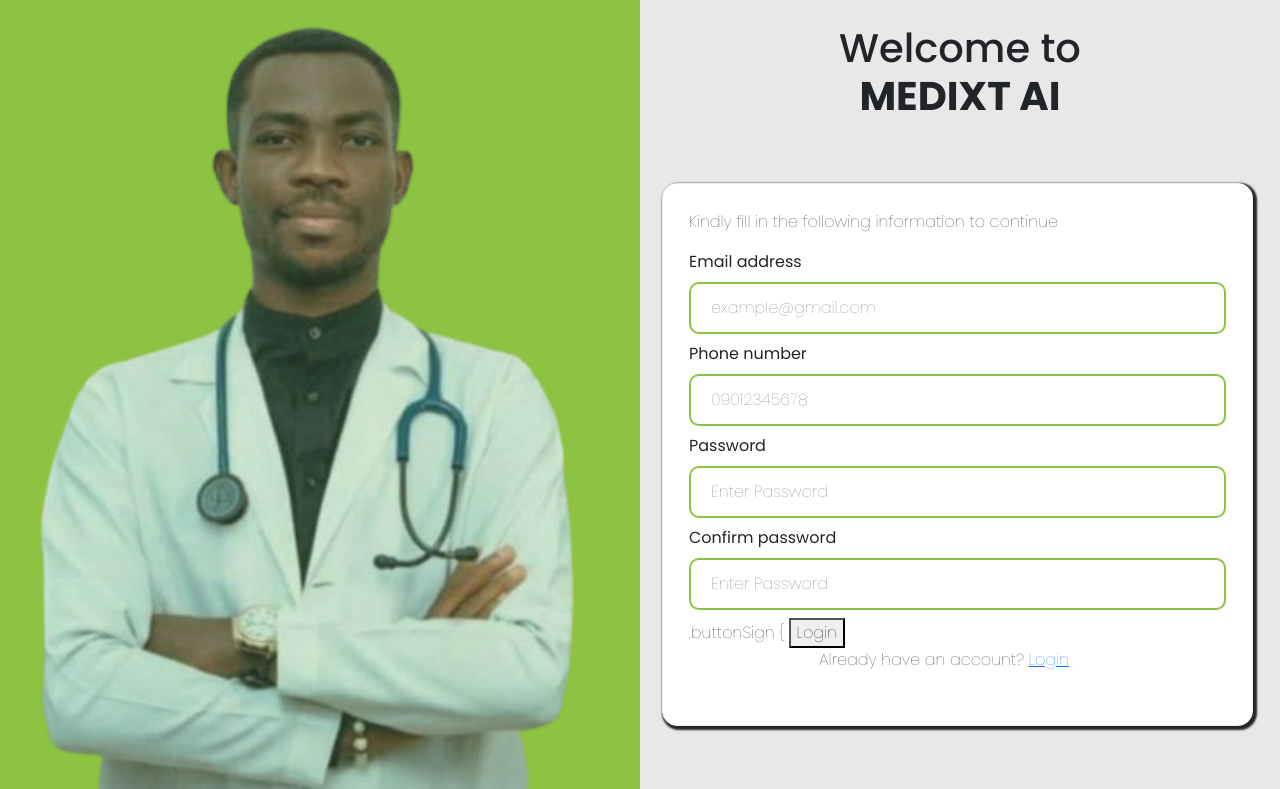
Repository: ChidexStanley/MEDIXT-AI
Page: regiter.html
The author's editor kept a copy of each file at every save. The page is drawn from the files as they stood at one save, then again after the next save.
The browser window is 1280 px wide. The pictures show the whole page.

Above is the page before, as saved 2024-07-15 02:51:41.

### regiter.html
<!DOCTYPE html>
<html lang="en">
  <head>
    <meta charset="utf-8">
    <meta name="viewport" content="width=device-width, initial-scale=1">
    <link href="https://cdn.jsdelivr.net/npm/bootstrap@5.0.2/dist/css/bootstrap.min.css" rel="stylesheet" integrity="sha384-EVSTQN3/azprG1Anm3QDgpJLIm9Nao0Yz1ztcQTwFspd3yD65VohhpuuCOmLASjC" crossorigin="anonymous">
    <link rel="stylesheet" href="assets/css/style.css">

    <link rel="preconnect" href="https://fonts.googleapis.com">
    <link rel="preconnect" href="https://fonts.gstatic.com" crossorigin>
    <link
      href="https://fonts.googleapis.com/css2?family=Poppins:ital,wght@0,100;0,200;0,300;0,400;0,500;0,600;0,700;0,800;0,900;1,100;1,200;1,300;1,400;1,500;1,600;1,700;1,800;1,900&display=swap"
      rel="stylesheet">
    <title>MEDIXT AI</title>
  </head>
  <body>
    <div class="container-fluid">
        <div class="row">
            <div class="col-md-6" style="background-color: #8DC242 ; opacity: 75%;">
                <img class="img1" src="assets/images/doc.png" alt="">
            </div>
            <div class="col-md-6" style="background-color: #E8E8E8;">
                <div>
                    <div class="head">
                        <h1 style="text-align: center;">Welcome to <br> <b>MEDIXT AI</b></h1>
                    </div>
                    <form class="form2">
                        <div class="container">
                            <p>Kindly fill in the following information to continue</p>
                          <label><b>Email address</b></label>
                          <input type="email" placeholder="example@gmail.com"required>

                          <label><b>Phone number</b></label>
                          <input type="number" placeholder="09012345678"required>

                          <label><b>Password</b></label>
                          <input type="password" placeholder="Enter Password" required>

                          <label><b>Confirm password</b></label>
                          <input type="password" placeholder="Enter Password" required>

.buttonSign {
                          <button type="submit" class="">Login</button>
                          <div class="rgt">
                            <span>Already have an account? <a href="#">Login</a></span>
                          </div>
                        </div>
                      </form>
                </div>
            </div>
        </div>
    </div>


    <script src="https://cdn.jsdelivr.net/npm/bootstrap@5.0.2/dist/js/bootstrap.bundle.min.js" integrity="sha384-MrcW6ZMFYlzcLA8Nl+NtUVF0sA7MsXsP1UyJoMp4YLEuNSfAP+JcXn/tWtIaxVXM" crossorigin="anonymous"></script>
    <!--
    <script src="https://cdn.jsdelivr.net/npm/@popperjs/core@2.9.2/dist/umd/popper.min.js" integrity="sha384-IQsoLXl5PILFhosVNubq5LC7Qb9DXgDA9i+tQ8Zj3iwWAwPtgFTxbJ8NT4GN1R8p" crossorigin="anonymous"></script>
    <script src="https://cdn.jsdelivr.net/npm/bootstrap@5.0.2/dist/js/bootstrap.min.js" integrity="sha384-cVKIPhGWiC2Al4u+LWgxfKTRIcfu0JTxR+EQDz/bgldoEyl4H0zUF0QKbrJ0EcQF" crossorigin="anonymous"></script>
    -->
  </body>
</html>

### assets/css/style.css
* {
    font-family: "Poppins", sans-serif;
    font-weight: 100;
    font-style: normal;
}

body {
    width: 100%;
    height: 100%;
    background-color: #8DC242;
}

.container-fluid {
    width: 100%;
    height: auto;
}

.form1 {
    border: 1px solid #f1f1f1;
    border-radius: 15px;
    box-shadow: 2px 2px 2px 2px;
    width: 591px;
    height: 467px;
    margin: 63px 10px;
    padding: 10px;
    background-color: #fff;
}

.form2 {
    border: 1px solid #f1f1f1;
    border-radius: 15px;
    box-shadow: 2px 2px 2px 2px;
    width: 591px;
    height: 543px;
    margin: 63px 10px;
    padding: 10px;
    background-color: #fff;
}

input[type=email],
input[type=number],
input[type=password] {
    width: 100%;
    padding: 12px 20px;
    margin: 8px 0;
    display: inline-block;
    border: 2px solid #8DC242;
    border-radius: 10PX;
    box-sizing: border-box;
}

.buttonSign {
    background-color: #8DC242;
    color: white;
    padding: 14px 5px;
    margin: 8px 200px;
    border: none;
    border-radius: 10PX;
    cursor: pointer;
    width: 30%;
    align-items: center;
}


.head {
    text-align: center;
    margin: 24px 0 12px 0;
}


.container {
    padding: 16px;
}


.img1 {
    width: 100%;
    height: 100%;
    object-fit: cover;
}

.rgt {
    margin-left: 130px;
    padding: 0;

}

.box_1 {
    border-radius: 10px;
    border: #000;
    align-items: center;
    width: 100%;
    height: 100%;
    padding: 15px;
    background-color: #fff;
    box-shadow: 2px 2px 5px 5px;
    margin-top: 10px;
}

.input {
    border-radius: 7px;
    border-color: #8DC242;
    padding-left: 7px;
}

/* home page styling */
.logo {
    width: 3rem;
}

.btn-home {
    width: 9rem;
    height: 3rem;
    color: black;
    background-color: white;
    color: #000;
}

.sideBtn {}

After the next save:
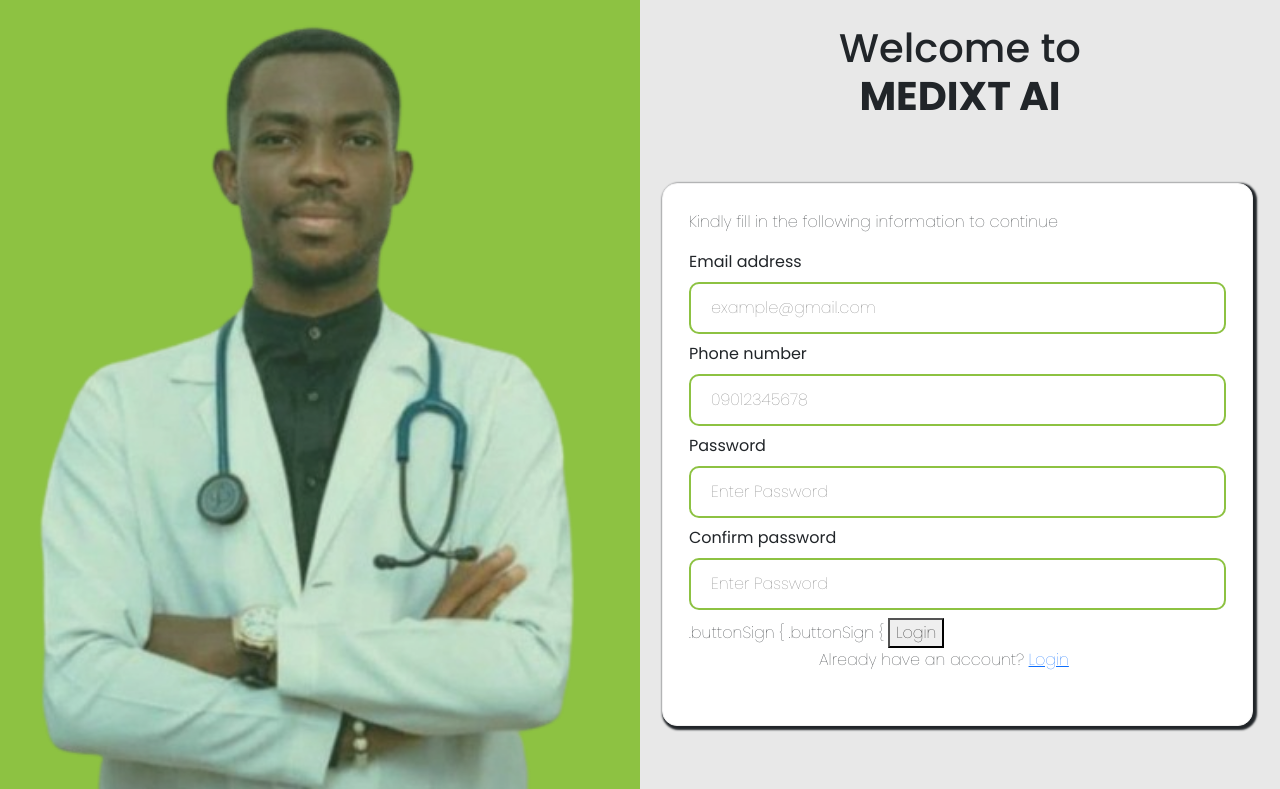
Saved 4 s later.
--- a/regiter.html
+++ b/regiter.html
@@ -40,6 +40,7 @@
                           <input type="password" placeholder="Enter Password" required>
 
 .buttonSign {
+.buttonSign {
                           <button type="submit" class="">Login</button>
                           <div class="rgt">
                             <span>Already have an account? <a href="#">Login</a></span>
